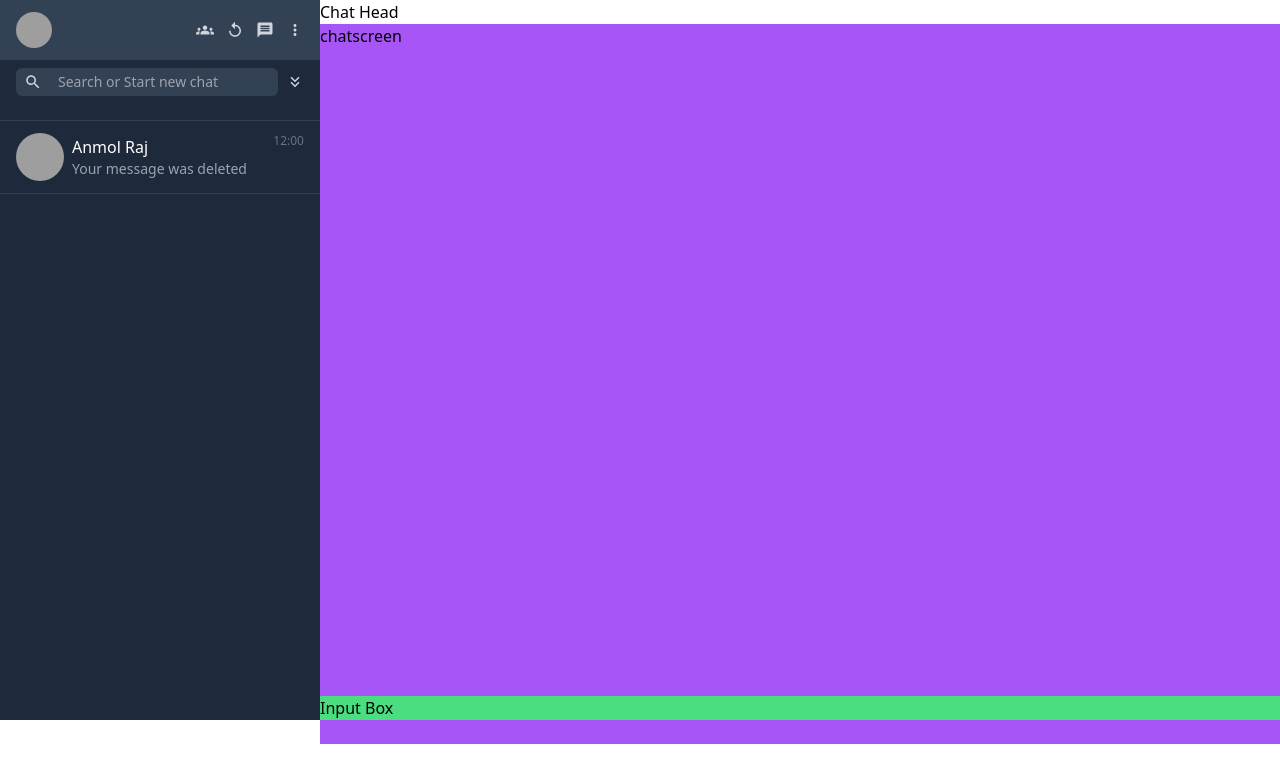
Repository: theanmol-raj/whatsapp
Page: /
These files come from the project's save history. The page is drawn as it stood at one moment and after the next save; the edit follows.
The browser window is 1280 px wide. The pictures show the whole page.
Pictures or frames that could not be fetched are drawn as grey boxes. The project was rebuilt for these pictures with package versions that can differ from the ones it lists, and the page was loaded fresh each time.

Above is the page before, as saved 2022-12-03 22:09:37.

After the next save:
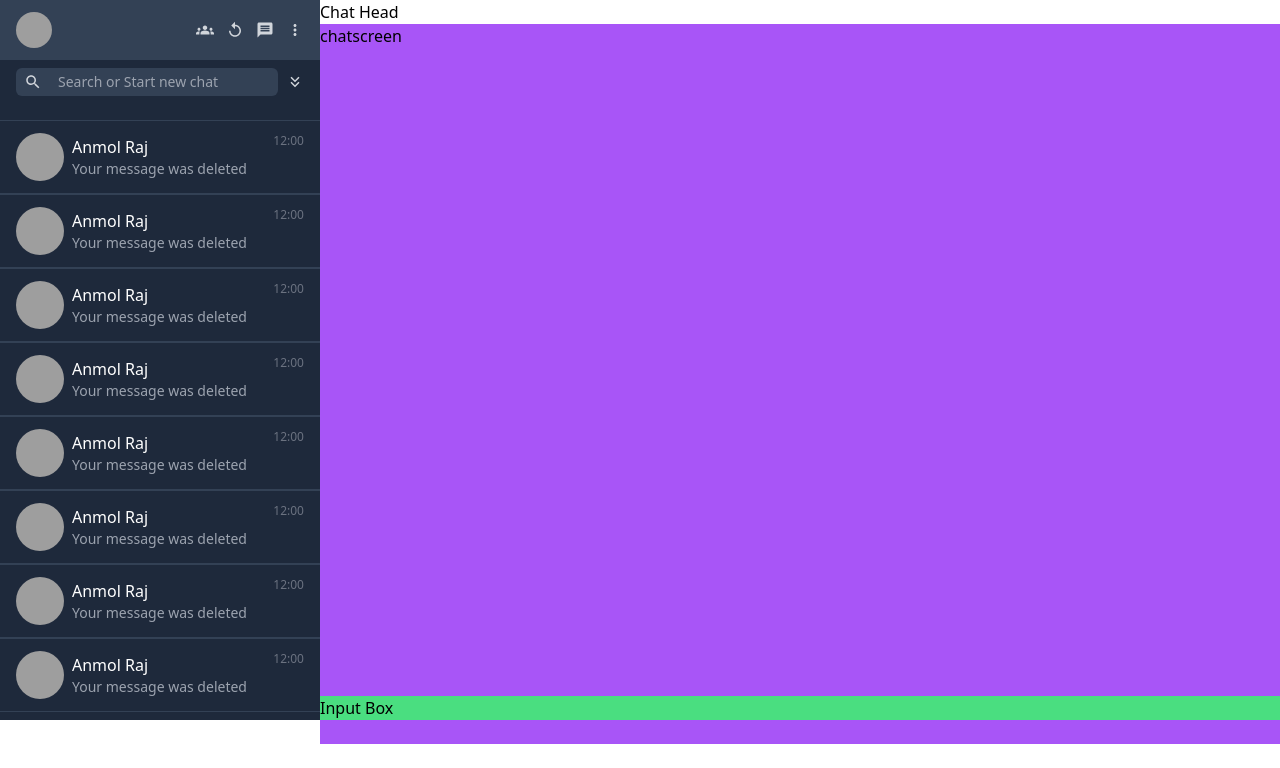
Saved 23 s later.
--- a/src/Components/ContactList.jsx
+++ b/src/Components/ContactList.jsx
@@ -31,6 +31,13 @@ function ContactList() {
 
       <div className='mt-4'>
         <ContactCard />
+        <ContactCard />
+        <ContactCard />
+        <ContactCard />
+        <ContactCard />
+        <ContactCard />
+        <ContactCard />
+        <ContactCard />
       </div>
 
     </div>
